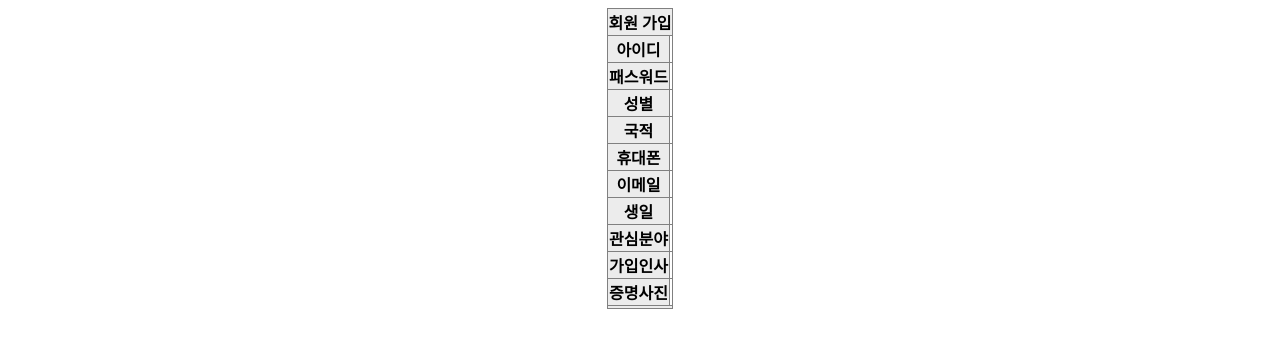
Repository: gyungmean/2020_2_webProgramming
Page: week2/week2/WebContent/Practice02/Practice02.html
These files come from the project's save history. The page is drawn as it stood at one moment and after the next save; the edit follows.
The browser window is 1280 px wide. The pictures show the whole page.

Above is the page before, as saved 2020-09-14 07:03:10.

After the next save:
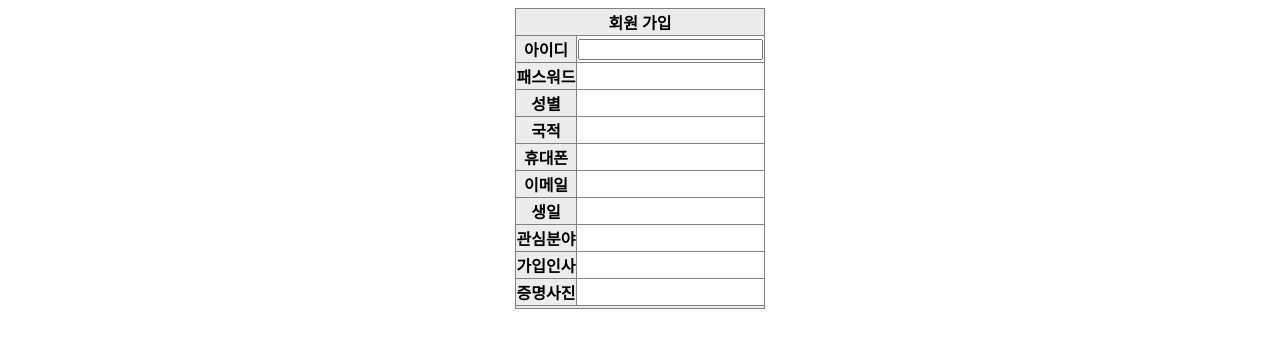
Saved 4 min 8 s later.
--- a/week2/week2/WebContent/Practice02/Practice02.html
+++ b/week2/week2/WebContent/Practice02/Practice02.html
@@ -19,11 +19,11 @@
 		<form>
 		<table border="1px">
 			<tr>
-				<td colspan="2" class= title>회원 가입</td>
+				<td colspan="2" class=title>회원 가입</td>
 			</tr>
 			<tr>
 				<td class= title>아이디</td>
-				<td></td>
+				<td><input type=text></td>
 			</tr>
 			<tr>
 				<td class= title>패스워드</td>
